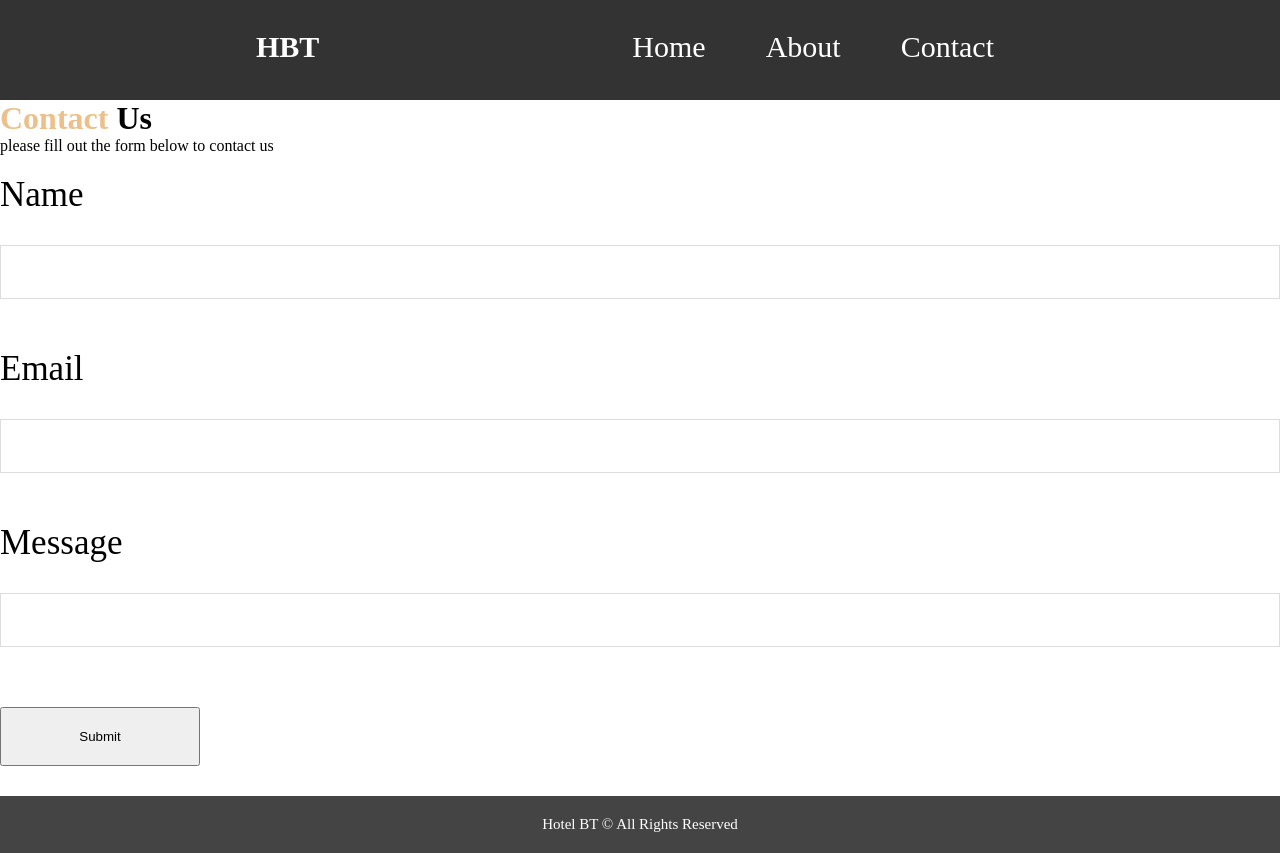
Repository: reemoon-ctrl/hotel-website
Page: 35 - hotel-website/contact.html
The author's editor kept a copy of each file at every save. The page is drawn from the files as they stood at one save, then again after a run of saves.
The browser window is 1280 px wide. The pictures show the whole page.

Above is the page before, as saved 2024-07-22 09:42:42.

### 35 - hotel-website/contact.html
<!DOCTYPE html>
<html lang="en">
<head>
    <meta charset="UTF-8">
    <meta name="viewport" content="width=device-width, initial-scale=1.0">
    <title>HBT | Hotel Website</title>
    <link rel="stylesheet" href="index.css"/>
</head>
<body>
    <header>
        <ul class="nav-bar">
            <li class="title"><a href="index.html">HBT</a></li>
            <div class="bag-nav-row" >
            <li class="bag-nav"><a href=" ">Contact</a></li>
            <li class="bag-nav"><a href="">About</a></li>
            <li class="bag-nav"><a href="index.html">Home</a></li>
            </div>
        </ul>
    </header>

    <main>
        <div>
            <form action="#">
                <h1><span class="fword">Contact </span>Us</h1>
                <p>please fill out the form below to contact us</p>
                <div class="form-label">
                    <label for="name">Name</label>
                    <input type="text">

                </div>
                <div class="form-label">
                    <label for="Email">Email</label>
                    <input type="text">
                </div>
                <div class="form-label">
                    <label for="Message">Message</label>
                    <input type="text">

                </div>
                <input type="submit">
            </form>
        </div>

    </main>

    <footer>
        <p>Hotel BT &copy; All Rights Reserved</p>

    </footer>

</body>
</html>

### 35 - hotel-website/index.css
*{
    padding: 0px;
    margin: 0px;
    box-sizing: border-box;

}
.nav-bar{
    list-style:none;
    overflow: auto;
    /* clear:both; */
    background: #333333;
    font-size: 20px;
    text-align: center;
    height: 100px;

}

.bag-nav-row{
    margin-right: 20%;
}
.title{
    float: left;
    margin-left: 20%;
    font-weight: bold;
    font-size:30px ;

    text-align: center;
    padding:30px 0px;

}
.title  a{
    text-decoration: none;
    color:#fff
}


.bag-nav{
    float: right;
    font-size: 30px;

}
.bag-nav-row li a{
    text-decoration: none;
    padding: 30px 30px 30px 30px;
    display: inline-block;
    color: #fff;
}

.bag-nav-row li a:hover{
    background: #444444;
    color:#ecc08a;
}
.bag-nav-row li a:active{
    background: #444444;
    color:#ecc08a;
}


.mainheader{
     background-image: url("img/showcase.jpg")  ;
   /* background-size:cover;


    height: 600px; */


  background-color: #cccccc;
  height: 600px;
  background-position: center;
  background-repeat: no-repeat;
  background-size: cover;
  position: relative;
}
.mainheadertxt{
    margin: auto;
    top:50%;
    position:relative;
    text-align: center;
    /* margin-top: 20px; */
    color:#fff;
}
.mainheadertxt h3{
    font-size:xx-large;

}

.mainheadertxt p{
    margin:20px;
}
.mainheadertxt a{
    position:relative;
    display: block;
    width: fit-content;
    background: #444444;
    text-decoration:none ;
    color: #fff;
    top:50%;
    margin:auto;


    padding: 20px;
}
.fword{
    color:#ecc08a
}
.main-content{
    width:100%;
    height:300px;
    overflow: auto;
    background: #444444;
    color: #fff;
}
.hotelimg{
    width:50%;
    float:left;
    height:300px;

}
.hotel-disc{
    width:50%;
    float:right;
    text-align: center;
    /* margin-top:px; */
    line-height: 1.5;
    padding:20px;

}
.hotel-disc h3{
    font-size: xx-large;
    margin-bottom: 20px;
}
.hotel-disc a{
    position:relative;
    display: block;
    width: fit-content;

    text-decoration:none ;
    color: #333333;
    padding: 15px;
    margin:auto;
    margin-top: 20px;
    background: #fff;

}

.aside-bar{
    height: 300px;
    overflow: auto;
    clear:both;

}
.ul{
    list-style: none;
    text-align: center;
    margin:auto;
    height:300px;
}
.fli{
    padding: 60px;
    margin: auto;
    float: left;
    width:33%;
    height: 300px;
    padding: 90px 20px;
}
.fli h4{
    font-size: 25px;
    margin-bottom: 20px;
}
.sli h4{
    font-size: 25px;
    margin-bottom: 20px;
}
.thli h4{
    font-size: 25px;
    margin-bottom: 20px;
}
.sli{
    float:left;
    width:33%;
    background-color:#ecc08a;
    height: 300px;
    padding: 90px 20px;

}
.thli{
    float:right;
    width:33%;
    height: 300px;
    margin: auto;
    height: 300px;
    padding: 90px 20px;
}

footer p{
    text-align: center;
    font-size: 15px;
    color: #fff;
    background: #444444;
    padding: 20px;
}
/* ///////////////about website////////////////// */
.s-header{
    overflow: auto;
    clear: both;
    margin: auto;
    margin: 50px 20%;
    /* height: 500px; */
}
.header-content{
    float:left;
    width:40%;

}
.header-content h1{
    font-size: 50px;
}
.header-content p{
    font-size: 28px;
    margin-top: 20px;
    line-height: 1.3;
}
.hotel-img2{
    height:400px;
    width: 40%;
    float: right;
    border-radius:50%;
}
.comment{
    overflow: auto;
    background:#ecc08a;
    margin: 20px 20%;
    border-radius: 20px;

}
.aside-content{
    background-image: url(img/test-bg.jpg) ;
    background-color: #cccccc;
    height:900px;
    background-position: center;
    background-repeat: no-repeat;
    background-size: cover;
    position: relative;
    width: 100%;



}
.aside-content h1{
    margin: 20px 20%;
    text-align: center;
    color: #FFF;
    font-size: 50px;
    padding-top: 100px;
    padding-bottom: 50px;

}
.comment img{
    padding-top: 30px;
width:200px ;
height:200px ;
border-radius: 200px;
float: left;
padding-right: 20px;
padding-left: 20px;
margin-bottom: 50px;
}
.comment p{
padding-top: 70px;
font-size: 28px;
color: #333333;


}
/* ///////////////about style///////////// */
.form-label label{
    display: block;

}
.form-label input{
    width:100%;
    padding:10px;
    font-size: 28px;
    border:#ddd solid 1px;

}
.form-label{
    font-size: 35px;
    margin-top: 20px ;
}
form input{
 padding: 20px;
 text-align: center;
 width:200px;
 cursor: pointer;
 margin: 30px 0px;
}

After the next 3 saves:
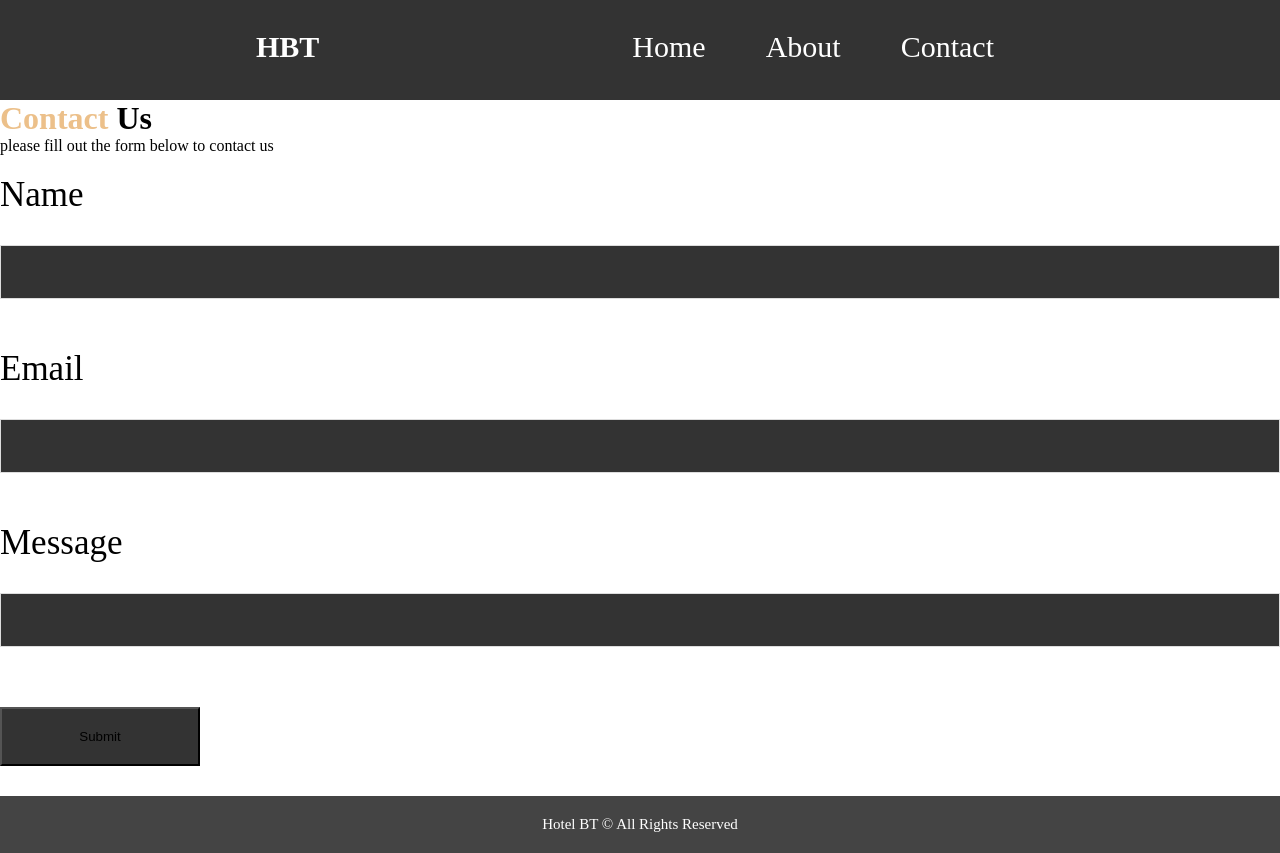
The 3 saves are shown as one change because they came seconds apart.
The last was saved 13 s later.
--- a/35 - hotel-website/index.css
+++ b/35 - hotel-website/index.css
@@ -294,4 +294,5 @@
  width:200px;
  cursor: pointer;
  margin: 30px 0px;
-}
+ background: #333333;
+}

After the save that followed:
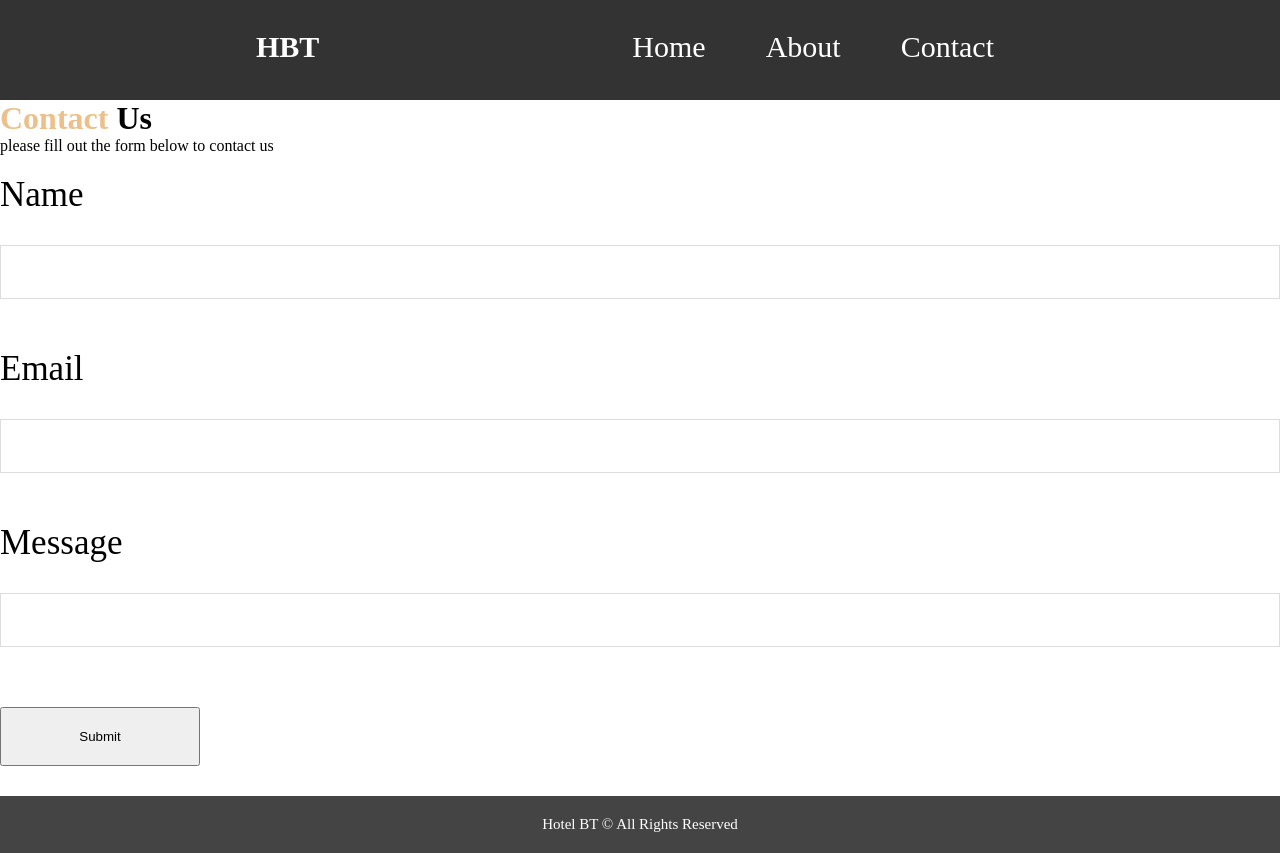
Saved 16 s later.
--- a/35 - hotel-website/index.css
+++ b/35 - hotel-website/index.css
@@ -294,5 +294,5 @@
  width:200px;
  cursor: pointer;
  margin: 30px 0px;
- background: #333333;
-}
+
+}
